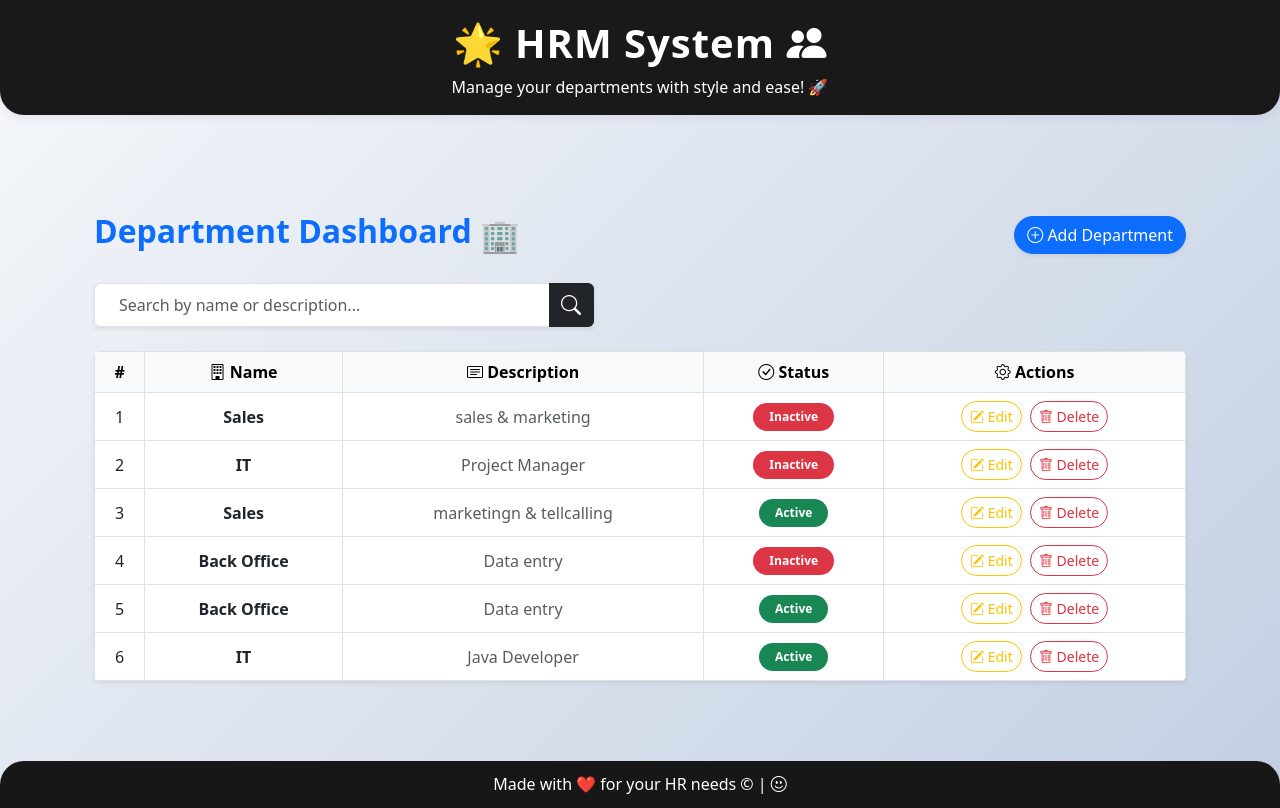
Repository: rtrupti09/HRMS
Page: http://localhost/departments/
An editor plug-in stored every save of this project. The page is shown before and after the next save, followed by the edit.
The browser window is 1280 px wide. The pictures show the whole page.
The page is served by the project's application, run on Django 5.2 (hrm_system/manage.py). The first stored user is signed in. Other server files are loaded and not shown. The page reads the database file committed with the project.

Above is the page before, as saved 2025-06-22 15:52:41.

### hrm_system/templates/department/dashboard.html
{% extends "base.html" %}

{% block extra_head %}
<link rel="stylesheet" href="https://cdn.jsdelivr.net/npm/bootstrap-icons@1.10.5/font/bootstrap-icons.css">
{% endblock %}

{% block content %}
<div class="container py-5">
    <!-- Header -->
    <div class="d-flex align-items-center justify-content-between mb-4">
        <div class="d-flex align-items-center">
            <h2 class="me-2 text-primary fw-bold">Department Dashboard</h2>
            <span class="fs-2">🏢</span>
        </div>
        <a href="{% url 'add_department' %}" class="btn btn-primary shadow-sm" style="border-radius: 30px;">
            <i class="bi bi-plus-circle"></i> Add Department
        </a>
    </div>

<!-- Stylish Search Form -->
<form method="get" class="input-group mb-4 shadow-sm" style="max-width: 500px;">
    <input type="text" name="search" value="{{ search }}"
           class="form-control px-4 py-2 border-end-0 "
           placeholder="Search by name or description..."
           style="font-size: 1rem;">
    <button class="btn btn-dark border-start-0 " type="submit">
        <i class="bi bi-search fs-5"></i>
    </button>
</form>


    <!-- Department Table -->
    <div class="table-responsive rounded shadow-sm">
        <table class="table table-bordered table-hover align-middle mb-0" style="background-color: #ffffff;">
            <thead class="table-light">
                <tr class="text-center">
                    <th>#</th>
                    <th><i class="bi bi-building"></i> Name</th>
                    <th><i class="bi bi-card-text"></i> Description</th>
                    <th><i class="bi bi-check-circle"></i> Status</th>
                    <th><i class="bi bi-gear"></i> Actions</th>
                </tr>
            </thead>
            <tbody>
                {% for dept in departments %}
                <tr class="text-center">
                    <td>{{ forloop.counter }}</td>
                    <td class="fw-semibold text-capitalize text-dark">{{ dept.dept_name }}</td>
                    <td class="text-muted">{{ dept.description }}</td>
                    <td>
                        {% if dept.status %}
                            <span class="badge bg-success px-3 py-2 rounded-pill">Active</span>
                        {% else %}
                            <span class="badge bg-danger px-3 py-2 rounded-pill">Inactive</span>
                        {% endif %}
                    </td>
                    <td>
                        <a href="{% url 'edit_department' dept.id %}" class="btn btn-sm btn-outline-warning rounded-pill me-1">
                            <i class="bi bi-pencil-square"></i> Edit
                        </a>
                        <a href="{% url 'delete_department' dept.id %}" class="btn btn-sm btn-outline-danger rounded-pill">
                            <i class="bi bi-trash"></i> Delete
                        </a>
                    </td>
                </tr>
                {% empty %}
                <tr>
                    <td colspan="5" class="text-center text-muted py-4">😕 No departments found.</td>
                </tr>
                {% endfor %}
            </tbody>
        </table>
    </div>
</div>
{% endblock %}

### hrm_system/templates/base.html
<!-- templates/base.html -->
<!DOCTYPE html>
<html lang="en">
<head>
    <meta charset="UTF-8">
    <title>HRM System</title>
    <meta name="viewport" content="width=device-width, initial-scale=1">
    <link href="https://cdn.jsdelivr.net/npm/bootstrap@5.3.0/dist/css/bootstrap.min.css" rel="stylesheet">
    <link rel="stylesheet" href="https://cdn.jsdelivr.net/npm/bootstrap-icons@1.10.5/font/bootstrap-icons.css">
    <style>
        body {
            background: linear-gradient(135deg, #f5f7fa 0%, #c3cfe2 100%);
            min-height: 100vh;
        }
        .hrm-header {
            background: #19191a;
            color: #fff;
            padding: 1.2rem 0 1rem 0;
            border-radius: 0 0 24px 24px;
            box-shadow: 0 2px 8px rgba(75,0,130,0.08);
            margin-bottom: 2rem;
        }
        .hrm-footer {
            background: #171717;
            color: #fff;
            text-align: center;
            padding: 0.7rem 0;
            border-radius: 24px 24px 0 0;
            margin-top: 2rem;
            font-size: 1rem;
        }
    </style>
    {% block extra_head %}{% endblock %}
</head>
<body>
    <div class="hrm-header text-center">
        <h1 style="font-weight:bold; letter-spacing:1px;">🌟 HRM System <i class="bi bi-people-fill"></i></h1>
        <p class="mb-0">Manage your departments with style and ease! 🚀</p>
    </div>
    <div class="container pt-3">
        {% if messages %}
        <div>
            {% for message in messages %}
                <div class="alert alert-{{ message.tags }} alert-dismissible fade show" role="alert">
                    {{ message }}
                    <button type="button" class="btn-close" data-bs-dismiss="alert"></button>
                </div>
            {% endfor %}
        </div>
        {% endif %}
        {% block content %}{% endblock %}
    </div>
    <div class="hrm-footer">
        <span>Made with ❤️ for your HR needs &copy; {{ now|date:'Y' }} | <i class="bi bi-emoji-smile"></i></span>
    </div>
</body>
</html>

### hrm_system/department/models.py
# department/models.py
from django.db import models

class Department(models.Model):
    dept_name = models.CharField(max_length=100)
    description = models.CharField(max_length=300)
    created_at = models.DateTimeField(auto_now_add=True)
    updated_at = models.DateTimeField(auto_now=True)
    status = models.BooleanField(default=True)

    def __str__(self):
        return self.dept_name

### hrm_system/department/views.py
# department/views.py
from django.shortcuts import render, redirect, get_object_or_404
from .models import Department
from .forms import DepartmentForm
from django.contrib import messages
from django.contrib.auth.decorators import user_passes_test

def admin_required(view_func):
    return user_passes_test(lambda u: u.is_superuser)(view_func)

@admin_required
def department_dashboard(request):
    departments = Department.objects.all()
    query = request.GET.get("search", "")
    if query:
        departments = departments.filter(dept_name__icontains=query)
    return render(request, "department/dashboard.html", {"departments": departments})

@admin_required
def add_department(request):
    if request.method == "POST":
        form = DepartmentForm(request.POST)
        if form.is_valid():
            form.save()
            messages.success(request, "Department added successfully.")
            return redirect('department_dashboard')
    else:
        form = DepartmentForm()
    return render(request, "department/add_edit.html", {"form": form})

@admin_required
def edit_department(request, dept_id):
    department = get_object_or_404(Department, pk=dept_id)
    if request.method == "POST":
        form = DepartmentForm(request.POST, instance=department)
        if form.is_valid():
            form.save()
            messages.success(request, "Department updated successfully.")
            return redirect('department_dashboard')
    else:
        form = DepartmentForm(instance=department)
    return render(request, "department/add_edit.html", {"form": form})

@admin_required
def delete_department(request, dept_id):
    department = get_object_or_404(Department, pk=dept_id)
    if request.method == "POST":
        department.status = False  # Soft delete
        department.save()
        messages.warning(request, "Department deactivated. Reassign employees before deletion.")
        return redirect('department_dashboard')
    return render(request, "department/confirm_delete.html", {"department": department})

### hrm_system/hrm_system/urls.py
"""
URL configuration for hrm_system project.

The `urlpatterns` list routes URLs to views. For more information please see:
    https://docs.djangoproject.com/en/5.2/topics/http/urls/
Examples:
Function views
    1. Add an import:  from my_app import views
    2. Add a URL to urlpatterns:  path('', views.home, name='home')
Class-based views
    1. Add an import:  from other_app.views import Home
    2. Add a URL to urlpatterns:  path('', Home.as_view(), name='home')
Including another URLconf
    1. Import the include() function: from django.urls import include, path
    2. Add a URL to urlpatterns:  path('blog/', include('blog.urls'))
"""
# hrm_system/urls.py

from django.contrib import admin
from django.urls import path, include
from django.shortcuts import redirect

urlpatterns = [
    path('admin/', admin.site.urls),
    path('departments/', include('department.urls')),
    path('accounts/', include('django.contrib.auth.urls')),  # ✅ Add this line
    path('', lambda request: redirect('department_dashboard')),
]

### hrm_system/department/urls.py
# department/urls.py
from django.urls import path
from . import views

urlpatterns = [
    path('', views.department_dashboard, name='department_dashboard'),
    path('add/', views.add_department, name='add_department'),
    path('edit/<int:dept_id>/', views.edit_department, name='edit_department'),
    path('delete/<int:dept_id>/', views.delete_department, name='delete_department'),
]

### hrm_system/db.sqlite3 (the tables this page reads, as SQL)
CREATE TABLE "auth_user" ("id" integer NOT NULL PRIMARY KEY AUTOINCREMENT, "password" varchar(128) NOT NULL, "last_login" datetime NULL, "is_superuser" bool NOT NULL, "username" varchar(150) NOT NULL UNIQUE, "last_name" varchar(150) NOT NULL, "email" varchar(254) NOT NULL, "is_staff" bool NOT NULL, "is_active" bool NOT NULL, "date_joined" datetime NOT NULL, "first_name" varchar(150) NOT NULL);
INSERT INTO "auth_user" VALUES
(1, 'pbkdf2_sha256$1000000$klXm5yfIOGV7m5jneleXNI$T7tebBIVv4do04abtiFRVLbcZeciDKrjFDq6fdQjkgs=', '2025-06-22 09:39:57.673721', 1, 'admin', '', '', 1, 1, '2025-06-22 09:14:34.032178', '');

CREATE TABLE "department_department" ("id" integer NOT NULL PRIMARY KEY AUTOINCREMENT, "dept_name" varchar(100) NOT NULL, "description" varchar(300) NOT NULL, "created_at" datetime NOT NULL, "updated_at" datetime NOT NULL, "status" bool NOT NULL);
INSERT INTO "department_department" VALUES
(1, 'sales', 'sales & marketing', '2025-06-22 09:48:29.772689', '2025-06-22 09:53:15.225973', 0),
(2, 'IT', 'Project Manager', '2025-06-22 09:50:40.913259', '2025-06-22 09:50:45.176349', 0),
(3, 'sales', 'marketingn & tellcalling', '2025-06-22 09:53:28.339740', '2025-06-22 09:53:44.053389', 1),
(4, 'back office', 'Data entry', '2025-06-22 09:54:09.921954', '2025-06-22 09:54:14.452761', 0),
(5, 'back office', 'Data entry', '2025-06-22 09:54:41.224577', '2025-06-22 09:54:41.224597', 1),
(6, 'IT', 'Java Developer', '2025-06-22 10:01:21.121885', '2025-06-22 10:01:21.121905', 1);

After the next save:
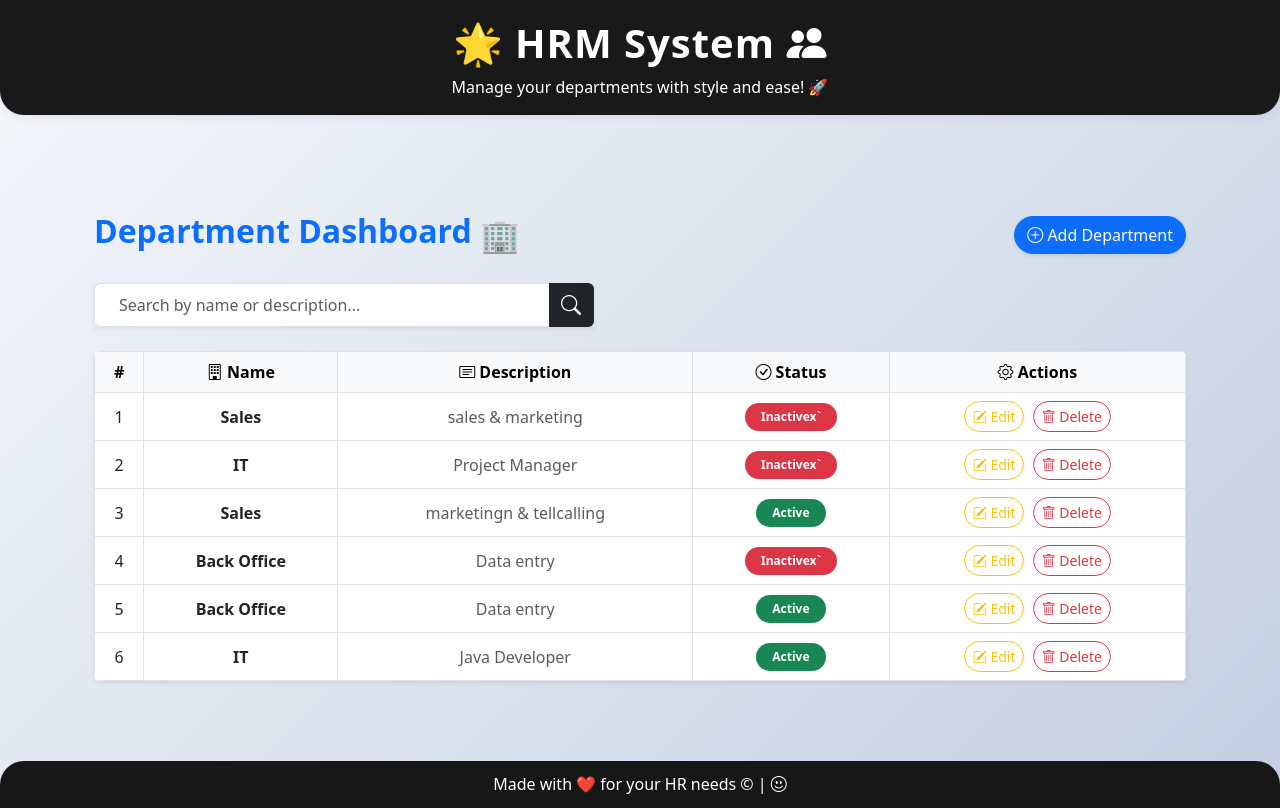
Saved 9 s later.
--- a/hrm_system/templates/department/dashboard.html
+++ b/hrm_system/templates/department/dashboard.html
@@ -51,7 +51,7 @@
                         {% if dept.status %}
                             <span class="badge bg-success px-3 py-2 rounded-pill">Active</span>
                         {% else %}
-                            <span class="badge bg-danger px-3 py-2 rounded-pill">Inactive</span>
+                            <span class="badge bg-danger px-3 py-2 rounded-pill">Inactivex`</span>
                         {% endif %}
                     </td>
                     <td>
